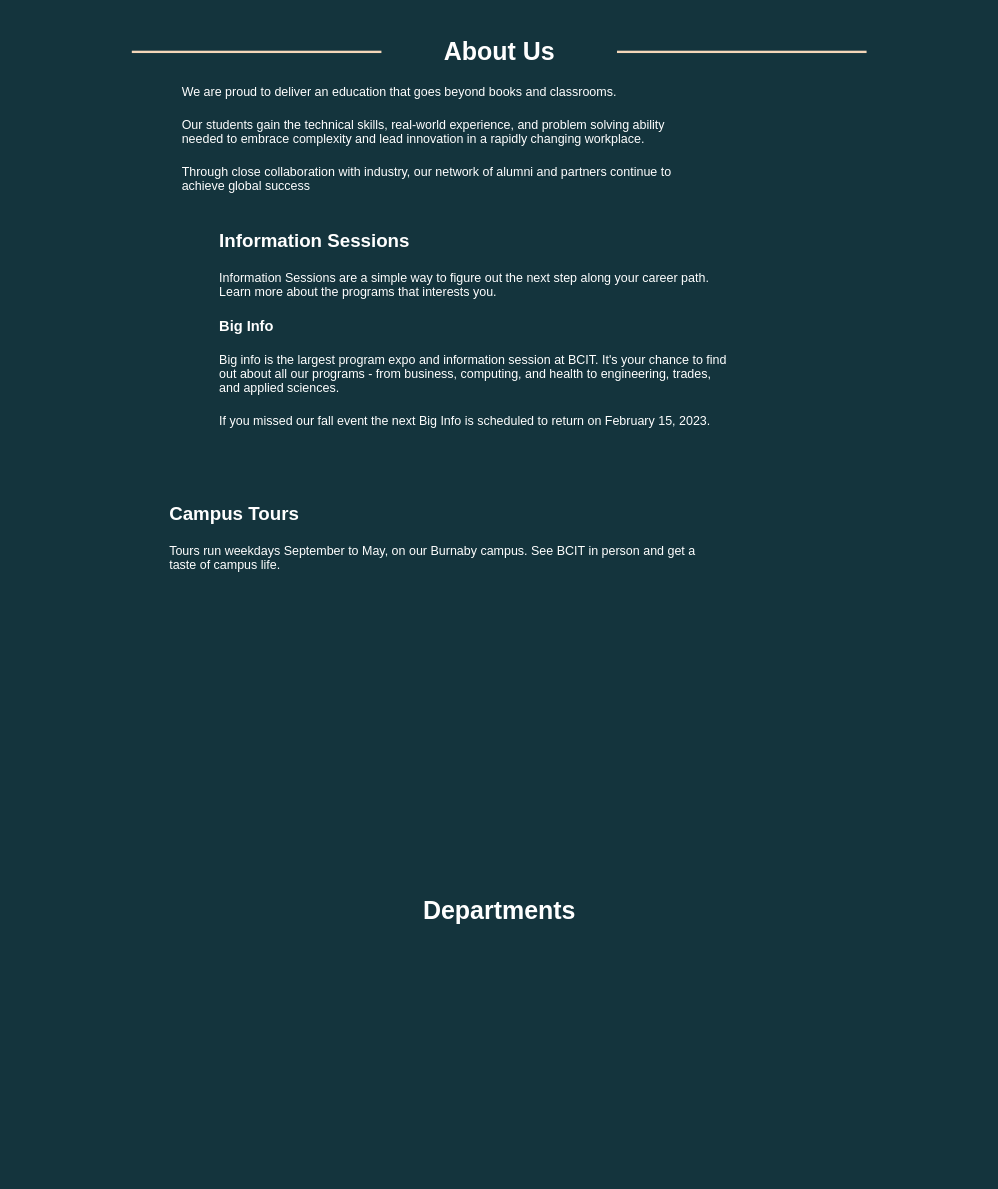
Repository: jennydmcm/assignment-1-playwright-site-A01338943
Page: /about
The author's editor kept a copy of each file at every save. The page is drawn from the files as they stood at one save, then again after a run of saves.
The browser window is 1280 px wide. The pictures show the whole page, at 78% of full size.
The project was rebuilt for these pictures with package versions that can differ from the ones it lists, and the page was loaded fresh each time. The framework's server and built-in components were replaced by stand-ins that run in the browser. Also part of the build but not shown: next.config.js.

Above is the page before, as saved 2023-02-08 13:47:04.

### pages/_app.js
import '../styles/globals.css'
import '../styles/variables.css'

function MyApp({ Component, pageProps }) {
  return <Component {...pageProps} />
}

export default MyApp

### pages/about.js
import Head from "next/head";
import Image from "next/image";
import { Inter } from "@next/font/google";
import styles from "@/styles/About.module.css";
const inter = Inter({ subsets: ["latin"] });

export default function Home() {
  return (
    <>
      <Head>
        <title>About Us</title>
        <meta name="description" content="Generated by create next app" />
        <meta name="viewport" content="width=device-width, initial-scale=1" />
        <meta name="author" content="MDIA 2109" />
        <meta property="og:title" content="Assignment #1 - About Us Page" />
        <meta
          property="og:description"
          content="BCIT Digital Design and Development Diploma"
        />
        <link rel="icon" href="/favicon.png" />
      </Head>
      <main className={styles.main}>
        <header>
          <div className={styles.about}>
            <div className={styles.header}>
              <hr className={styles.lines}></hr>
              <h1 className={styles.aboutTitle}>About Us</h1>
              <hr className={styles.lines}></hr>
            </div>

            <div className={styles.body}>
              <p className={styles.mainText}>
                We are proud to deliver an education that goes beyond books and
                classrooms.
              </p>
              <p className={styles.mainText}>
                Our students gain the technical skills, real-world experience,
                and problem solving ability <br></br>
                needed to embrace complexity and lead innovation in a rapidly
                changing workplace.
              </p>
              <p className={styles.mainText}>
                Through close collaboration with industry, our network of alumni
                and partners continue to <br></br>
                achieve global success
              </p>

              <div className={styles.infosesh}>
                <h2>Information Sessions</h2>
                <p className={styles.mainText}>
                  Information Sessions are a simple way to figure out the next
                  step along your career path. <br></br>
                  Learn more about the programs that interests you.
                </p>
                <h3 className={styles.bigInfo}>Big Info</h3>
                <p className={styles.mainText}>
                  Big info is the largest program expo and information session
                  at BCIT. It's your chance to find<br></br>
                  out about all our programs - from business, computing, and
                  health to engineering, trades,<br></br>
                  and applied sciences.
                </p>
                <p className={styles.mainText}>
                  If you missed our fall event the next Big Info is scheduled to
                  return on February 15, 2023.
                </p>
              </div>
            </div>

            <div className={styles.tours}>
              <h2>Campus Tours</h2>
              <p className={styles.mainText}>
                Tours run weekdays September to May, on our Burnaby campus. See
                BCIT in person and get a<br></br>
                taste of campus life.
              </p>
            </div>
          </div>
          <div className={styles.dept}>
            <h1>Departments</h1>
          </div>
        </header>
        <a>
          <span>
            <img href="/upwardArrow.png"></img>
            <img href="downwardArrow.png"></img>
          </span>
        </a>
      </main>
    </>
  );
}

### styles/variables.css
:root{
    --primary-color: #fff;
    --secondary-color: #f4d6b9;
    --ternary-color: #14343d;
    --quaternary-color: #14343d;
    --quinary-color: rgba(16,46,53,0.5);

}

### styles/About.module.css
.main{
    background-color: var(--ternary-color);
    color: var(--primary-color);
    font-family: Arial, Helvetica, sans-serif;
    display: flex;
    flex-direction: column;
    align-items: center;

}
.about{
    display: flex;
    flex-direction: column;
    padding: 3rem;
    padding-bottom: 3rem;

}
.body{
    padding-left: 4rem;
}

.infosesh{
    display: flex;
    flex-direction: column;
    padding: 3rem;
    padding-bottom: 3rem;

}

.bigInfo{
    padding-top: 1.5rem;

}

.tours{
    display: flex;
    flex-direction: column;
    padding: 3rem;
    padding-bottom: 3rem;

}

.dept{
    display: flex;
    flex-direction: column;
    padding-top: 20rem;
    padding-bottom: 20rem;
    align-items: center;


}

.aboutTitle{
    display: flex;
    flex-direction: column;
    align-items: center;
    padding-left: 5rem;
    padding-right: 5rem;
}

.mainText{
    padding-top: 1.5rem;


}

.lines{
    border-top: none;
    border-bottom: 0.2rem solid var(--secondary-color);
    border-left: none;
    border-right: none;
    width: 20rem;
}
.header{
    display: flex;
    flex-direction: row;
    align-items: center;
}

Loaded but not shown: pages/_document.js (common file); styles/globals.css (common file)

After the next 4 saves:
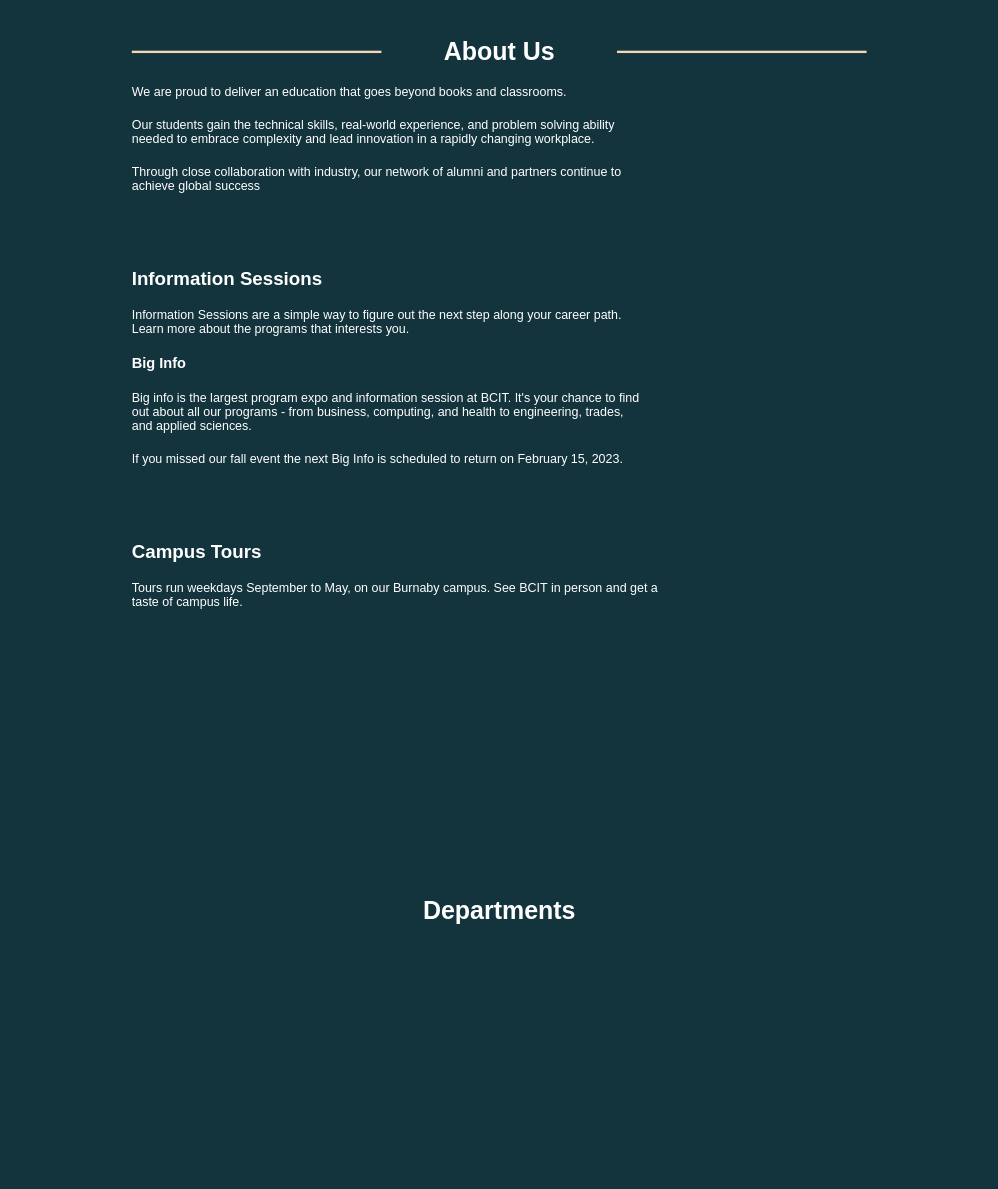
The 4 saves are shown as one change because 3 did not build or start.
The last was saved 90 s later.
--- a/pages/about.js
+++ b/pages/about.js
@@ -27,54 +27,50 @@ export default function Home() {
               <h1 className={styles.aboutTitle}>About Us</h1>
               <hr className={styles.lines}></hr>
             </div>
+            <p className={styles.mainText}>
+              We are proud to deliver an education that goes beyond books and
+              classrooms.
+            </p>
+            <p className={styles.mainText}>
+              Our students gain the technical skills, real-world experience, and
+              problem solving ability <br></br>
+              needed to embrace complexity and lead innovation in a rapidly
+              changing workplace.
+            </p>
+            <p className={styles.mainText}>
+              Through close collaboration with industry, our network of alumni
+              and partners continue to <br></br>
+              achieve global success
+            </p>
+          </div>
+          <div className={styles.infosesh}>
+            <h2>Information Sessions</h2>
+            <p className={styles.mainText}>
+              Information Sessions are a simple way to figure out the next step
+              along your career path. <br></br>
+              Learn more about the programs that interests you.
+            </p>
+            <h3 className={styles.bigInfo}>Big Info</h3>
+            <p className={styles.mainText}>
+              Big info is the largest program expo and information session at
+              BCIT. It's your chance to find<br></br>
+              out about all our programs - from business, computing, and health
+              to engineering, trades,<br></br>
+              and applied sciences.
+            </p>
+            <p className={styles.mainText}>
+              If you missed our fall event the next Big Info is scheduled to
+              return on February 15, 2023.
+            </p>
+          </div>
 
-            <div className={styles.body}>
-              <p className={styles.mainText}>
-                We are proud to deliver an education that goes beyond books and
-                classrooms.
-              </p>
-              <p className={styles.mainText}>
-                Our students gain the technical skills, real-world experience,
-                and problem solving ability <br></br>
-                needed to embrace complexity and lead innovation in a rapidly
-                changing workplace.
-              </p>
-              <p className={styles.mainText}>
-                Through close collaboration with industry, our network of alumni
-                and partners continue to <br></br>
-                achieve global success
-              </p>
-
-              <div className={styles.infosesh}>
-                <h2>Information Sessions</h2>
-                <p className={styles.mainText}>
-                  Information Sessions are a simple way to figure out the next
-                  step along your career path. <br></br>
-                  Learn more about the programs that interests you.
-                </p>
-                <h3 className={styles.bigInfo}>Big Info</h3>
-                <p className={styles.mainText}>
-                  Big info is the largest program expo and information session
-                  at BCIT. It's your chance to find<br></br>
-                  out about all our programs - from business, computing, and
-                  health to engineering, trades,<br></br>
-                  and applied sciences.
-                </p>
-                <p className={styles.mainText}>
-                  If you missed our fall event the next Big Info is scheduled to
-                  return on February 15, 2023.
-                </p>
-              </div>
-            </div>
-
-            <div className={styles.tours}>
-              <h2>Campus Tours</h2>
-              <p className={styles.mainText}>
-                Tours run weekdays September to May, on our Burnaby campus. See
-                BCIT in person and get a<br></br>
-                taste of campus life.
-              </p>
-            </div>
+          <div className={styles.tours}>
+            <h2>Campus Tours</h2>
+            <p className={styles.mainText}>
+              Tours run weekdays September to May, on our Burnaby campus. See
+              BCIT in person and get a<br></br>
+              taste of campus life.
+            </p>
           </div>
           <div className={styles.dept}>
             <h1>Departments</h1>
